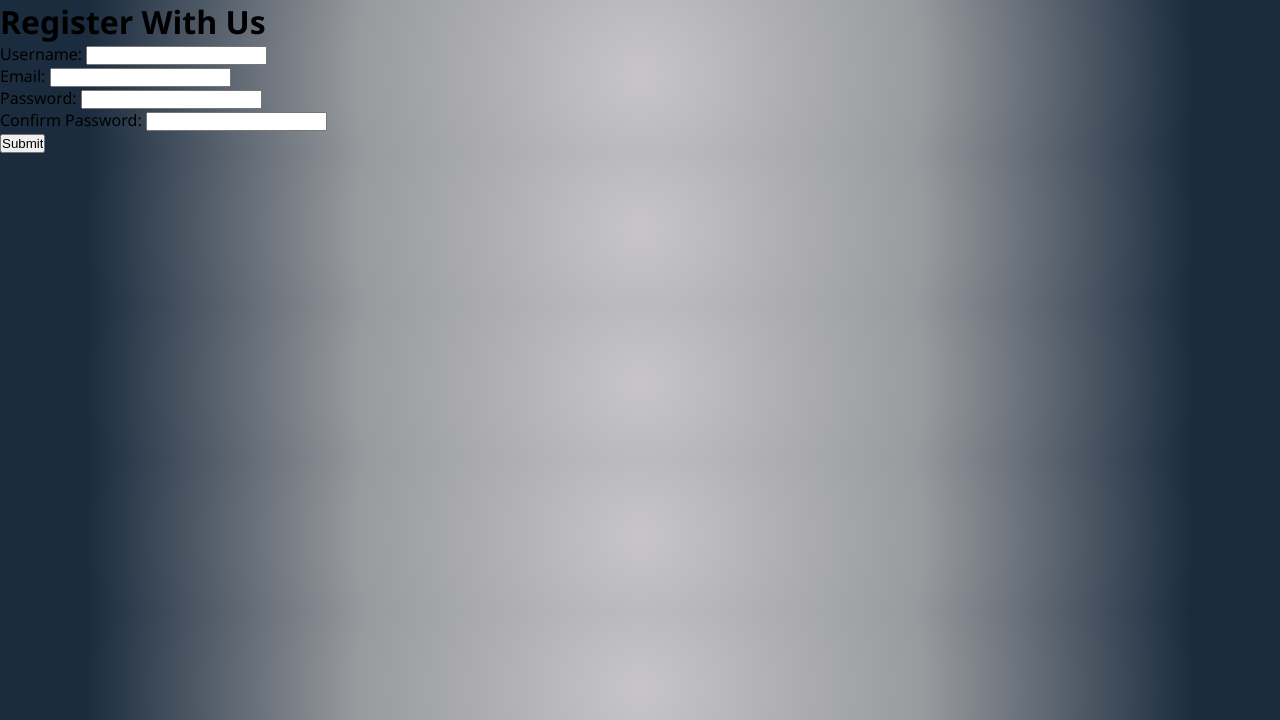
Repository: NiutaR/registrationForm
Page: index.html
These files come from the project's save history. The page is drawn as it stood at one moment and after the next save; the edit follows.
The browser window is 1280 px wide. The pictures show the whole page.

Above is the page before, as saved 2021-07-28 23:19:49.

### index.html
<!DOCTYPE html>
<html lang="en">

<head>
    <meta charset="UTF-8">
    <meta http-equiv="X-UA-Compatible" content="IE=edge">
    <meta name="viewport" content="width=device-width, initial-scale=1.0">
    <link rel="stylesheet" href="style.css">
    <title>Register With Us</title>
</head>

<body>
    <div class="container">
        <form id="signup" class="form">
            <h1>Register With Us</h1>
            <div class="form-field">
                <label for="username">Username:</label>
                <input type="text" name="username" id="username" autocomplete="off">
                <small></small>
            </div>

            <div class="form-field">
                <label for="email">Email:</label>
                <input type="text" name="email" id="email" autocomplete="off">
                <small></small>
            </div>

            <div class="form-field">
                <label for="password">Password:</label>
                <input type="password" name="password" id="password" autocomplete="off">
                <small></small>
            </div>


            <div class="form-field">
                <label for="confirm-password">Confirm Password:</label>
                <input type="password" name="confirm-password" id="confirm-password" autocomplete="off">
                <small></small>
            </div>

            <div class="form-field">
                <input type="submit" value="Submit">
            </div>
        </form>
    </div>
    </div>
    <script src="index.js"></script>
</body>

</html>

### style.css
* {
    margin: 0;
    padding: 0;
    box-sizing: border-box;
}
body {
    font-size: 16px;
    background: rgb(193, 192, 194);
    background: radial-gradient(circle, rgb(199, 197, 201) 0%, rgb(152, 154, 158) 44%, rgba(27, 44, 63, 1) 86%);
    font-family: "Segoe UI", "Helvetica Neue", Arial, sans-serif;
}
.container {
    display: block;
}
#id {

}

### index.js
const usernameEl = document.querySelector('#username');
const emailEl = document.querySelector('#email');
const passwordEl = document.querySelector('#password');
const confirmPasswordEl = document.querySelector('#confirm-password');

const form = document.querySelector('#signup');


const checkUsername = () => {

    let valid = false;

    const min = 3,
        max = 25;

    const username = usernameEl.value.trim();

    if (!isRequired(username)) {
        showError(usernameEl, 'Username cannot be blank.');
    } else if (!isBetween(username.length, min, max)) {
        showError(usernameEl, `Username must be between ${min} and ${max} characters.`)
    } else {
        showSuccess(usernameEl);
        valid = true;
    }
    return valid;
};


const checkEmail = () => {
    let valid = false;
    const email = emailEl.value.trim();
    if (!isRequired(email)) {
        showError(emailEl, 'Email cannot be blank.');
    } else if (!isEmailValid(email)) {
        showError(emailEl, 'Email is not valid.')
    } else {
        showSuccess(emailEl);
        valid = true;
    }
    return valid;
};

const checkPassword = () => {
    let valid = false;


    const password = passwordEl.value.trim();

    if (!isRequired(password)) {
        showError(passwordEl, 'Password cannot be blank.');
    } else if (!isPasswordSecure(password)) {
        showError(passwordEl, 'Password must has at least 8 characters that include at least 1 lowercase character, 1 uppercase characters, 1 number, and 1 special character in (!@#$%^&*)');
    } else {
        showSuccess(passwordEl);
        valid = true;
    }

    return valid;
};

const checkConfirmPassword = () => {
    let valid = false;
    // check confirm password
    const confirmPassword = confirmPasswordEl.value.trim();
    const password = passwordEl.value.trim();

    if (!isRequired(confirmPassword)) {
        showError(confirmPasswordEl, 'Please enter the password again');
    } else if (password !== confirmPassword) {
        showError(confirmPasswordEl, 'The password does not match');
    } else {
        showSuccess(confirmPasswordEl);
        valid = true;
    }

    return valid;
};

const isEmailValid = (email) => {
    const re = /^(([^<>()\[\]\\.,;:\s@"]+(\.[^<>()\[\]\\.,;:\s@"]+)*)|(".+"))@((\[[0-9]{1,3}\.[0-9]{1,3}\.[0-9]{1,3}\.[0-9]{1,3}\])|(([a-zA-Z\-0-9]+\.)+[a-zA-Z]{2,}))$/;
    return re.test(email);
};

const isPasswordSecure = (password) => {
    const re = new RegExp("^(?=.*[a-z])(?=.*[A-Z])(?=.*[0-9])(?=.*[!@#\$%\^&\*])(?=.{8,})");
    return re.test(password);
};

const isRequired = value => value === '' ? false : true;
const isBetween = (length, min, max) => length < min || length > max ? false : true;


const showError = (input, message) => {
    // get the form-field element
    const formField = input.parentElement;
    // add the error class
    formField.classList.remove('success');
    formField.classList.add('error');

    // show the error message
    const error = formField.querySelector('small');
    error.textContent = message;
};

const showSuccess = (input) => {
    // get the form-field element
    const formField = input.parentElement;

    // remove the error class
    formField.classList.remove('error');
    formField.classList.add('success');

    // hide the error message
    const error = formField.querySelector('small');
    error.textContent = '';
}


form.addEventListener('submit', function (e) {
    // prevent the form from submitting
    e.preventDefault();

    // validate fields
    let isUsernameValid = checkUsername(),
        isEmailValid = checkEmail(),
        isPasswordValid = checkPassword(),
        isConfirmPasswordValid = checkConfirmPassword();

    let isFormValid = isUsernameValid &&
        isEmailValid &&
        isPasswordValid &&
        isConfirmPasswordValid;

    // submit to the server if the form is valid
    if (isFormValid) {

    }
});


const debounce = (fn, delay = 500) => {
    let timeoutId;
    return (...args) => {
        // cancel the previous timer
        if (timeoutId) {
            clearTimeout(timeoutId);
        }
        // setup a new timer
        timeoutId = setTimeout(() => {
            fn.apply(null, args)
        }, delay);
    };
};

form.addEventListener('input', debounce(function (e) {
    switch (e.target.id) {
        case 'username':
            checkUsername();
            break;
        case 'email':
            checkEmail();
            break;
        case 'password':
            checkPassword();
            break;
        case 'confirm-password':
            checkConfirmPassword();
            break;
    }
}));

After the next save:
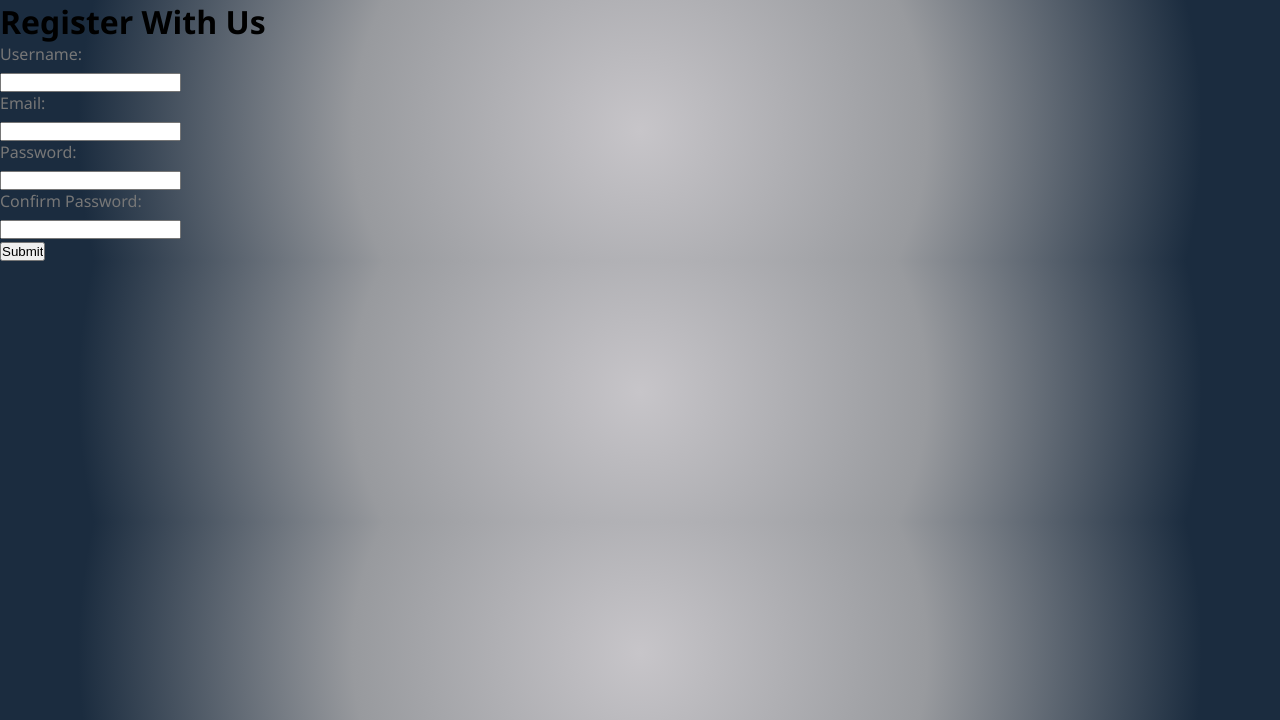
Saved 15 s later.
--- a/style.css
+++ b/style.css
@@ -12,6 +12,8 @@ body {
 .container {
     display: block;
 }
-#id {
-
+.form-field label {
+    display: block;
+    color: #777;
+    margin-bottom: 5px;
 }
